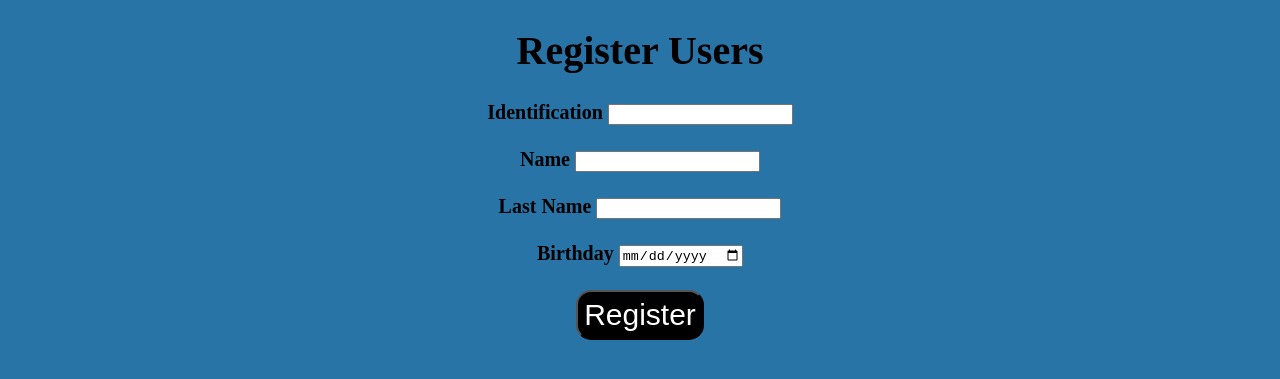
Repository: Grupo7cloud/app-cym-7
Page: templates/register.html
The author's editor kept a record of every edit. The page is drawn from the files as they stood at one moment, then again after the next edit.
The browser window is 1280 px wide. The pictures show the whole page.

Above is the page before.

### templates/register.html
<!DOCTYPE html>
<html>
    <head>
        <meta http-equiv="content-type" content="text/html; charset=utf-8" />
        <title>Web Pague</title>
        <link rel="stylesheet" href="../static/css/styleRegister.css" type="text/css" />
        <script src="../static/js/appRegister.js" type="text/javascript" charset="utf-8"></script>
    </head>
    <body>
        <h1>Register Users</h1>
        <h2>
        <form action="/register_user" method="post">
            <label>Identification</label> <input type="number" name="id"/> <br> <br>
            <label>Name</label> <input type="text" name="Name" /> <br> <br>
            <label>Last Name</label> <input type="text" name="Last_Name" /> <br> <br>
            <label>Birthday</label> <input type="date" name="Birthday" /> <br> <br>
            <button onClick="RegisterUsers()">Register</button>
        </h2>
        </form>
    </body>
</html>

### static/css/styleRegister.css
h1 {
    text-align: center;
    font-size: 40px;
    font-family: cursive;
}
h2 {
    text-align: center;
    font-size: 20px;
    font-family: cursive;
}
 body {
    background: #2874A6;
}
button {
    font-size: 30px;
    background-color: black;
    color: white;
    border-radius: 15px;
    padding: 0.5%;
    margin-left: 0.3%;
    margin-right: 0.3%;
}
form{
    text-align: center;
}

### static/js/appRegister.js
function registerUser(){
   alert("Boton de registar usuario clickeado")
}

After the next edit:
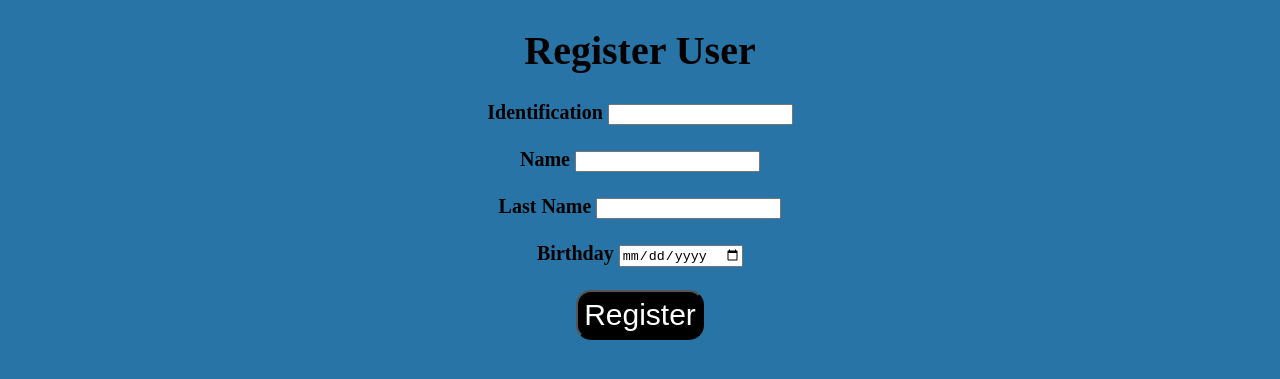
The edit:
--- a/templates/register.html
+++ b/templates/register.html
@@ -7,7 +7,7 @@
         <script src="../static/js/appRegister.js" type="text/javascript" charset="utf-8"></script>
     </head>
     <body>
-        <h1>Register Users</h1>
+        <h1>Register User</h1>
         <h2>
         <form action="/register_user" method="post">
             <label>Identification</label> <input type="number" name="id"/> <br> <br>
